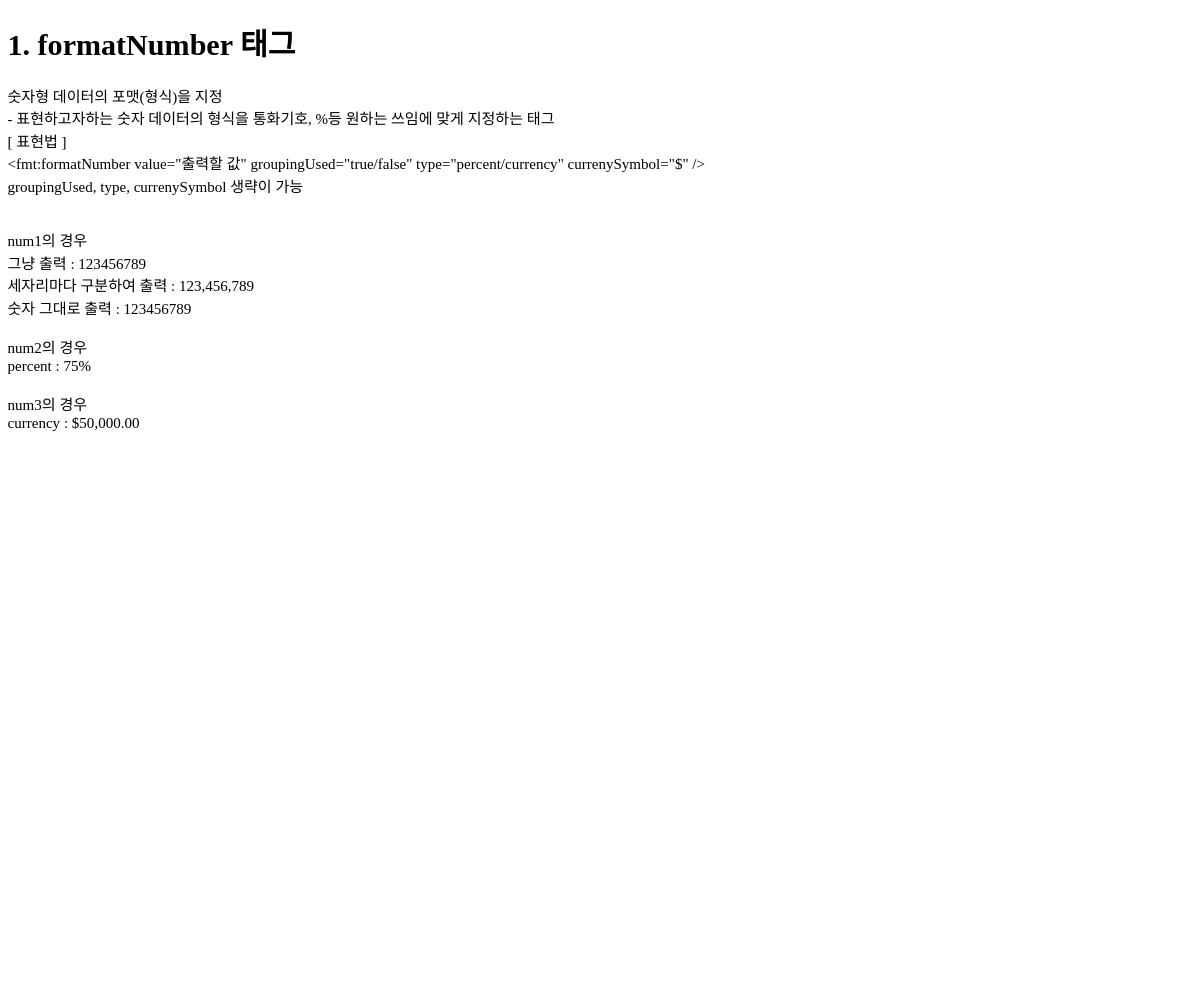
Repository: DonghwanSon1/ajax-jsp-study
Page: http://localhost/ActionProject/views/3_CustomAction/02_formatting.jsp
The author's editor kept a copy of each file at every save. The page is drawn from the files as they stood at one save, then again after the next save.
The browser window is 1280 px wide. The pictures show the whole page, at 94% of full size.
The page is served by Tomcat 9.

Above is the page before, as saved 2022-07-13 01:40:02.

After the next save:
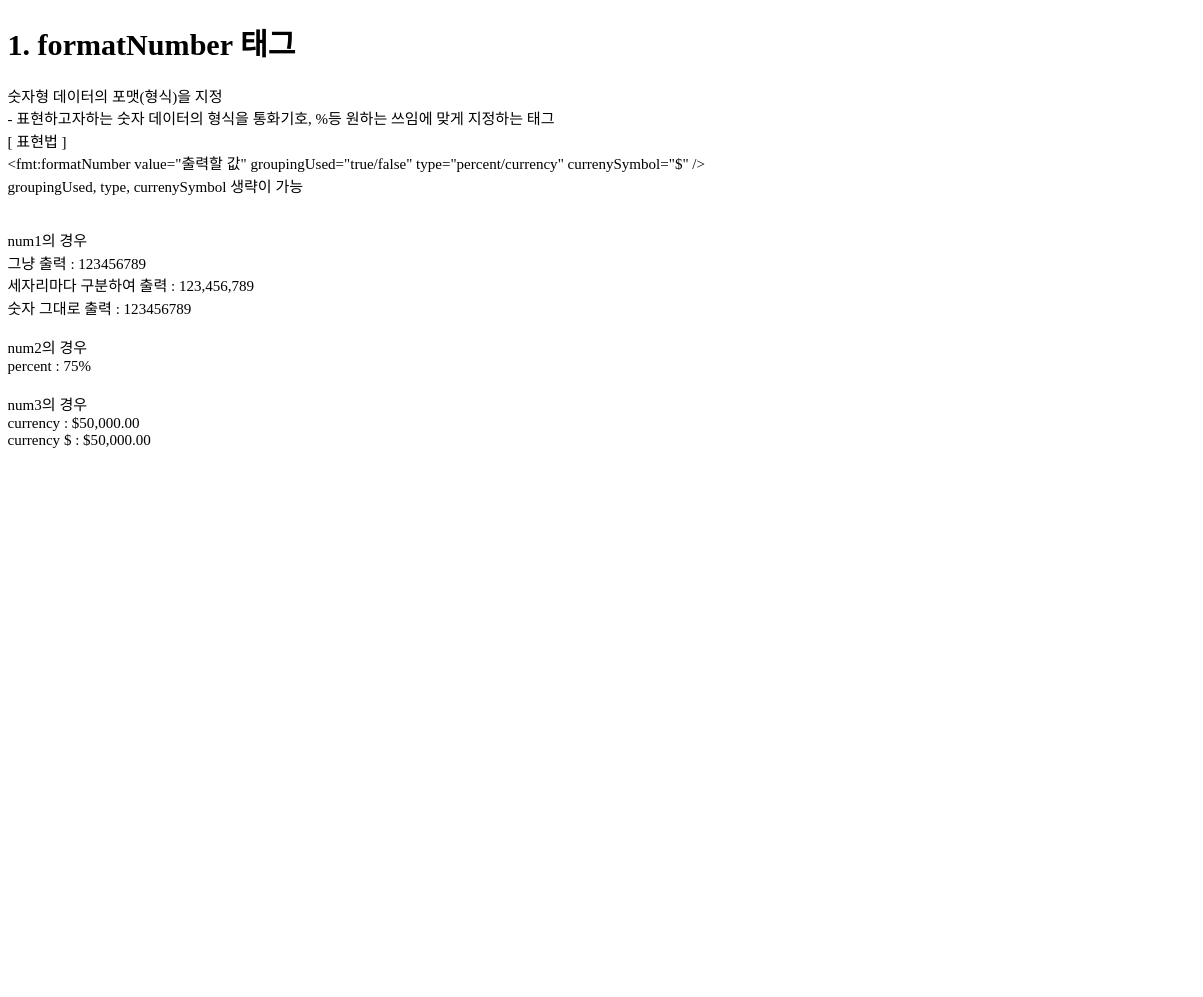
Saved 3 min 1 s later.
--- a/ActionProject/WebContent/views/3_CustomAction/02_formatting.jsp
+++ b/ActionProject/WebContent/views/3_CustomAction/02_formatting.jsp
@@ -51,6 +51,14 @@
 
 	num3의 경우 <br>
 	currency : <fmt:formatNumber value="${ num3 }" type="currency" /> <br>
+	<!--
+		type="currency" : 통화(돈) 단위로 보여짐
+						  현재 내가 쓰고 있는 컴퓨터의 로컬정보에 따라서 단위가 정해짐
+
+		+ groupingUsed 속성의 기본값이 true이기 때문에 3자리마다 ,도 찍혀있음
+	 -->
+
+	currency $ : <fmt:formatNumber value="${ num3 }" type="currency" currencySymbol="$" />
 
 
 
